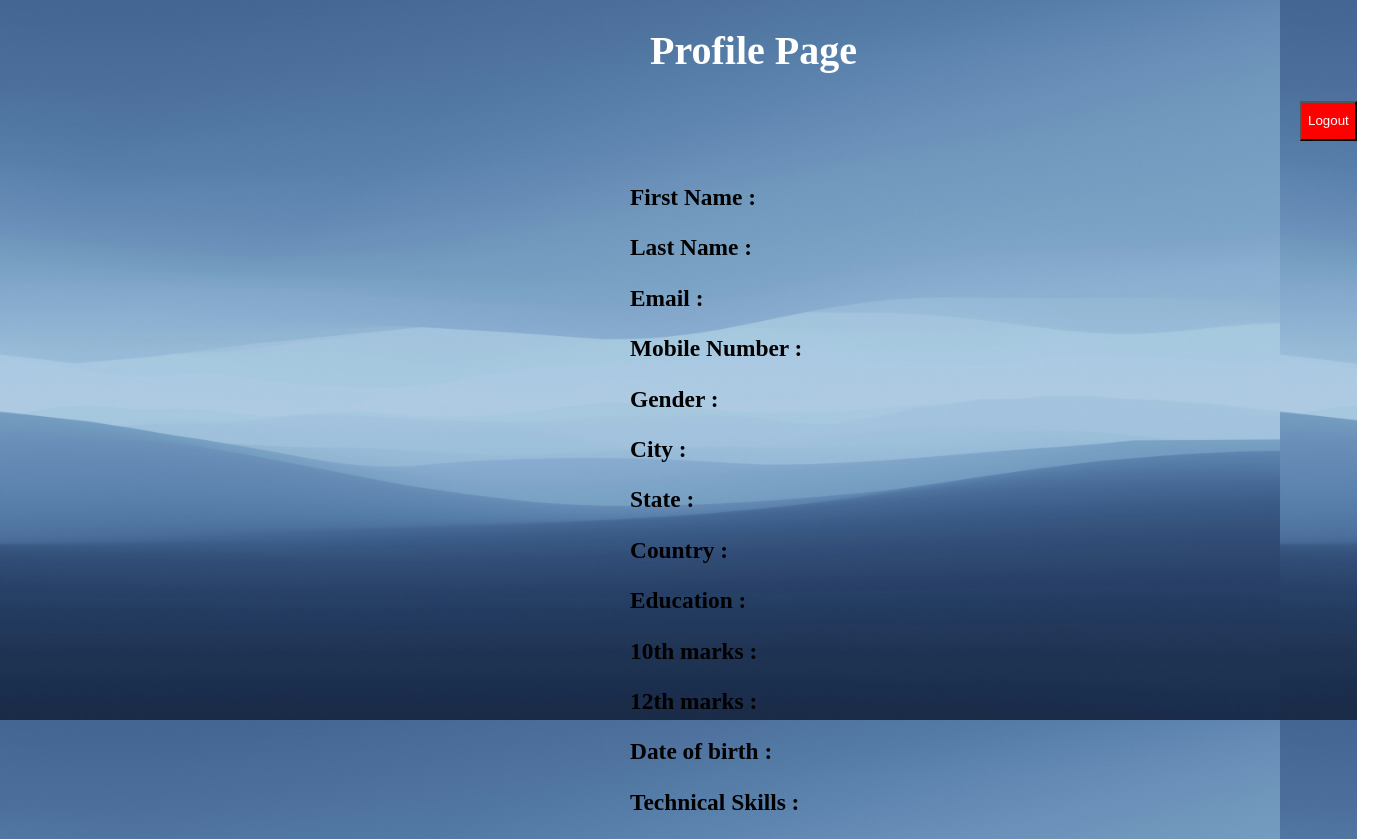
Repository: aboli-vyas/Servlet_Projects
Page: http://localhost/Sevlet_Project/Profile.jsp
The author's editor kept a copy of each file at every save. The page is drawn from the files as they stood at one save, then again after the next save.
The browser window is 1280 px wide. The page is 1357 px wide, then 1400 px, so the pictures cover 1400 px, including what lies to the right of the window. The pictures show the whole page.
Backgrounds fixed to the window are drawn as part of the page. The page is served by Tomcat 10. Other server files are loaded and not shown. The template is opened directly, without the code that normally fills it, so the values that code supplies are empty.

Above is the page before, as saved 2025-06-10 14:17:32.

### Sevlet_Project/src/main/webapp/Profile.jsp
<%@ page language="java" contentType="text/html; charset=UTF-8"
    pageEncoding="UTF-8"%>
<!DOCTYPE html>
<html>
<head>
<meta charset="UTF-8">
<title>Insert title here</title>
<link rel="stylesheet" href="style4.css">
</head>
<body>
<form action="logout" method="post">
<h1>Profile Page</h1>
<button>Logout</button>

<div class="container">
	<h3>First Name :${First_Name}</h3>

	<h3>Last Name :${Last_Name}</h3>

	<h3>Email :${Email}</h3>

	<h3>Mobile Number :${Mobile_Number}</h3>

	<h3>Gender :${Gender}</h3>

	<h3>City :${City}</h3>

	<h3>State :${State}</h3>

	<h3>Country :${Country}</h3>

    <h3>Education :${Education}</h3>

    <h3>10th marks :${tenth_Marks}</h3>

    <h3>12th marks :${twelth_Marks}</h3>

    <h3>Date of birth :${Date_of_Birth}</h3>

	<h3>Technical Skills :${Technical_Skills}</h3>
</div>
</form>
</body>

</html>

### Sevlet_Project/src/main/webapp/style4.css
body {
    background: linear-gradient(120deg, #f6f9fc, #e0f7fa);
    background-image: url("Images/bg4.jpg");
    background-size: cover;
    background-position: center;
    background-repeat: no-repeat;
    background-attachment: fixed;
    margin: 0;

}
button{
	margin-left: 1300px;
	margin-top
	width:100px;
	height:40px;
	background-color: red;
	color: white;
}
h1{
	margin-left: 650px;
	color: white;
	font-size: 40px;

}
.container{
	margin-left: 630px;
	margin-top: 20px;
	font-size: 20px;
	scroll-margin-top: 60px;
	position: absolute;

}

After the next save:
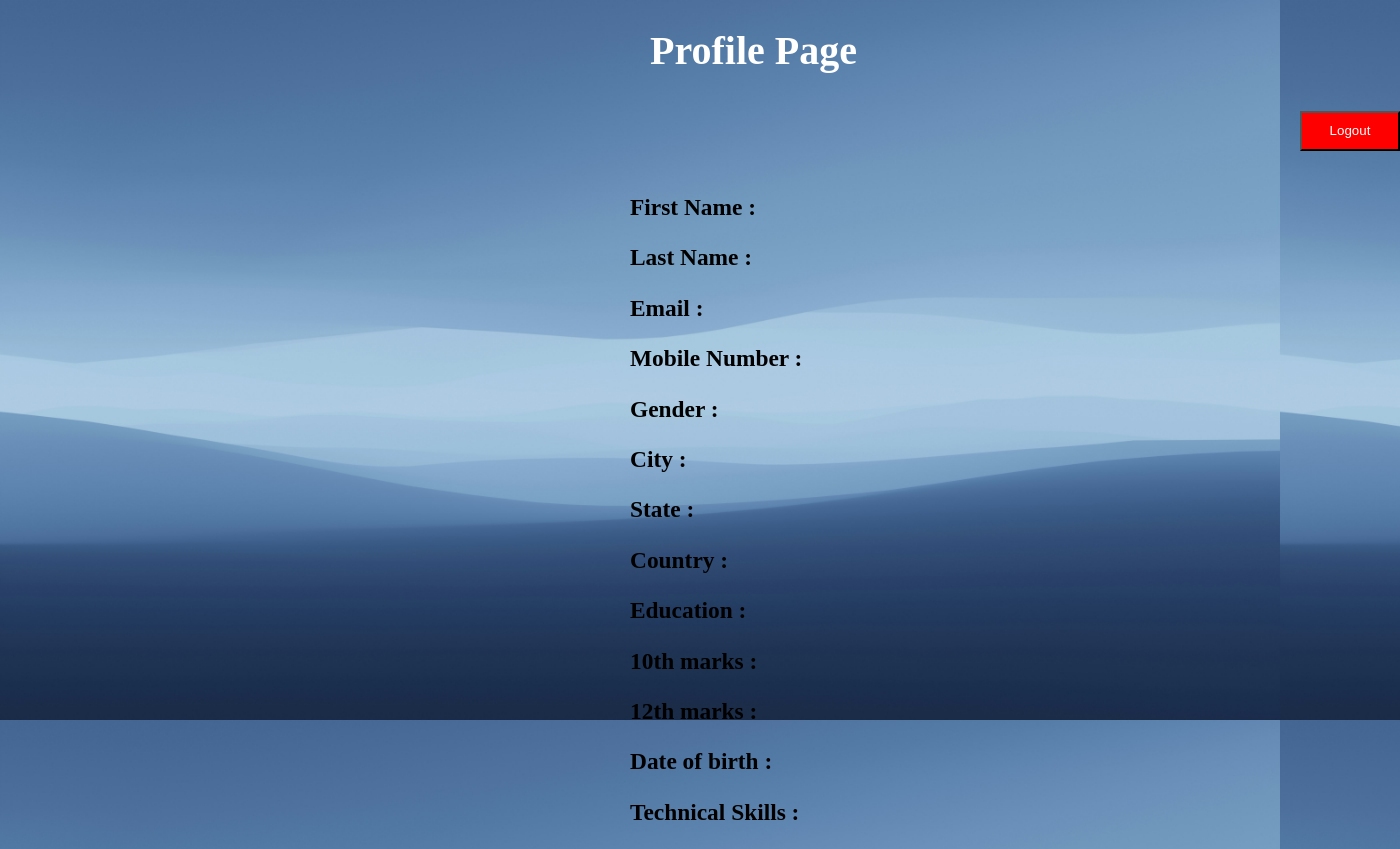
Saved 4 s later.
--- a/Sevlet_Project/src/main/webapp/style4.css
+++ b/Sevlet_Project/src/main/webapp/style4.css
@@ -10,7 +10,7 @@
 }
 button{
 	margin-left: 1300px;
-	margin-top
+	margin-top: 10px;
 	width:100px;
 	height:40px;
 	background-color: red;
